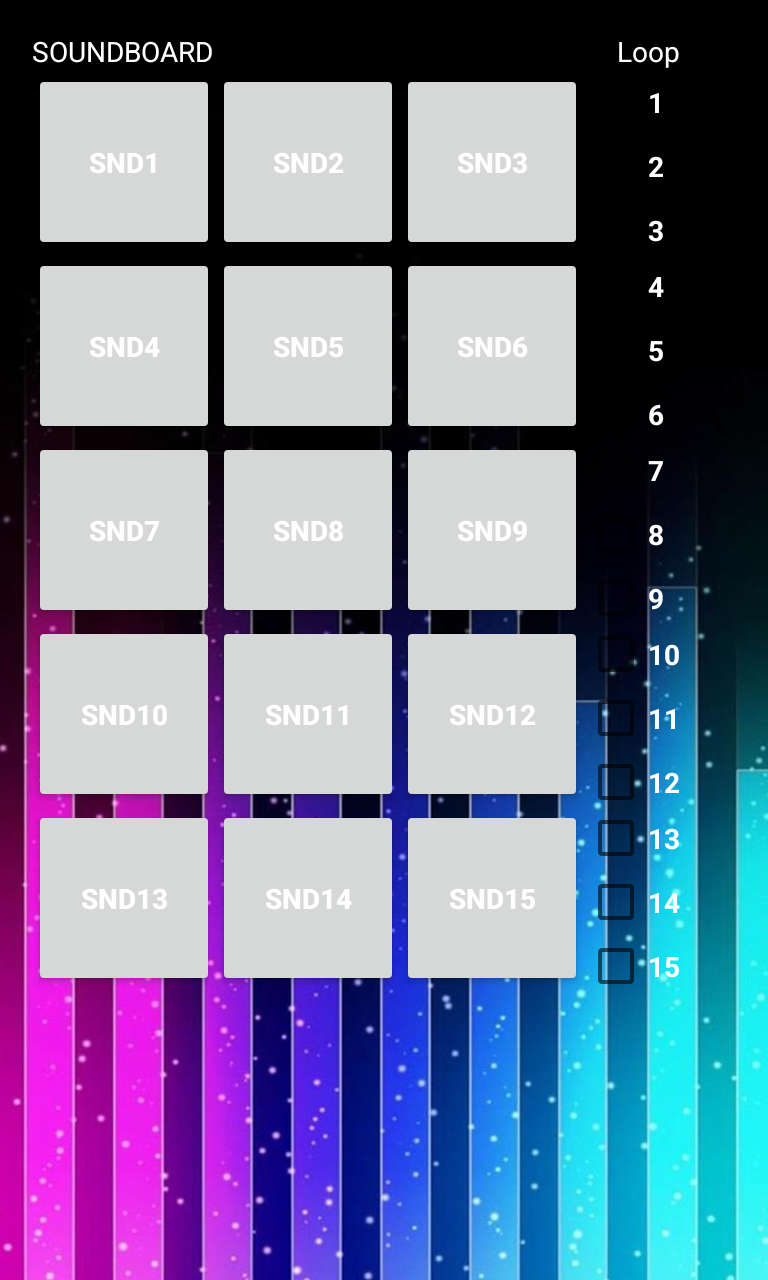
Repository: SoundBoardJAMJ/Project
Layout: workspace/SoundBoard/res/layout/defboard.xml
These files come from the project's save history. The layout is drawn as it stood at one moment and after the next save; the edit follows.
It is drawn on a 768 x 1280 px phone screen (xhdpi) without system bars, with theme AppTheme; the app's code is not run.

Above is the layout before, as saved 2014-05-02 07:08:58.

### workspace/SoundBoard/res/layout/defboard.xml
<ScrollView xmlns:android="http://schemas.android.com/apk/res/android"
xmlns:tools="http://schemas.android.com/tools"
android:layout_width="match_parent"
android:background="@drawable/image1"
android:layout_height="match_parent" >

<RelativeLayout
    android:layout_width="match_parent"
    android:layout_height="600dp"
    android:paddingBottom="@dimen/activity_vertical_margin"
    android:paddingLeft="@dimen/activity_horizontal_margin"
    android:paddingRight="@dimen/activity_horizontal_margin"
    android:paddingTop="@dimen/activity_vertical_margin"
    tools:context="com.example.soundtest.DefBoard$PlaceholderFragment" >

    <TextView
        android:id="@+id/textView1"
        android:layout_width="wrap_content"
        android:layout_height="wrap_content"
        android:textColor="@android:color/white"
        android:alpha="1.0"
        android:text="SOUNDBOARD" />

    <Button
        android:id="@+id/button1"
        android:layout_width="92dp"
        android:layout_height="92dp"
        android:layout_alignLeft="@+id/textView1"
        android:layout_below="@+id/textView1"
        android:onClick="ButtonOnClick"
        android:textColor="@android:color/white"
        android:alpha="1.0"
        android:textStyle="bold"
        android:text="snd1" />

    <Button
        android:id="@+id/button3"
        android:layout_width="92dp"
        android:layout_height="92dp"
        android:layout_alignBaseline="@+id/button2"
        android:layout_alignBottom="@+id/button2"
        android:layout_toRightOf="@+id/button2"
        android:onClick="ButtonOnClick"
        android:textColor="@android:color/white"
        android:alpha="1.0"
        android:textStyle="bold"
        android:text="snd3" />

    <Button
        android:id="@+id/button2"
        android:layout_width="92dp"
        android:layout_height="92dp"
        android:layout_alignBaseline="@+id/button1"
        android:layout_alignBottom="@+id/button1"
        android:layout_toRightOf="@+id/button1"
        android:onClick="ButtonOnClick"
        android:textColor="@android:color/white"
        android:alpha="1.0"
        android:textStyle="bold"
        android:text="snd2" />

    <Button
        android:id="@+id/button8"
        android:layout_width="92dp"
        android:layout_height="92dp"
        android:layout_alignBaseline="@+id/button7"
        android:layout_alignBottom="@+id/button7"
        android:layout_toRightOf="@+id/button4"
        android:onClick="ButtonOnClick"
        android:textColor="@android:color/white"
        android:alpha="1.0"
        android:textStyle="bold"
        android:text="snd8" />

    <Button
        android:id="@+id/button7"
        android:layout_width="92dp"
        android:layout_height="92dp"
        android:layout_below="@+id/button4"
        android:layout_toLeftOf="@+id/button8"
        android:onClick="ButtonOnClick"
        android:textColor="@android:color/white"
        android:alpha="1.0"
        android:textStyle="bold"
        android:text="snd7" />

    <Button
        android:id="@+id/button6"
        android:layout_width="92dp"
        android:layout_height="92dp"
        android:layout_alignBaseline="@+id/button5"
        android:layout_alignBottom="@+id/button5"
        android:layout_toRightOf="@+id/button5"
        android:onClick="ButtonOnClick"
        android:textColor="@android:color/white"
        android:alpha="1.0"
        android:textStyle="bold"
        android:text="snd6" />

    <Button
        android:id="@+id/button9"
        android:layout_width="92dp"
        android:layout_height="92dp"
        android:layout_alignBaseline="@+id/button8"
        android:layout_alignBottom="@+id/button8"
        android:layout_alignLeft="@+id/button6"
        android:onClick="ButtonOnClick"
        android:textColor="@android:color/white"
        android:alpha="1.0"
        android:textStyle="bold"
        android:text="snd9" />

    <Button
        android:id="@+id/button5"
        android:layout_width="92dp"
        android:layout_height="92dp"
        android:layout_below="@+id/button1"
        android:layout_toRightOf="@+id/button1"
        android:onClick="ButtonOnClick"
        android:textColor="@android:color/white"
        android:alpha="1.0"
        android:textStyle="bold"
        android:text="snd5" />

    <Button
        android:id="@+id/button10"
        android:layout_width="92dp"
        android:layout_height="92dp"
        android:layout_alignParentLeft="true"
        android:layout_below="@+id/button7"
        android:onClick="ButtonOnClick"
        android:textColor="@android:color/white"
        android:alpha="1.0"
        android:textStyle="bold"
        android:text="snd10" />

    <Button
        android:id="@+id/button11"
        android:layout_width="92dp"
        android:layout_height="92dp"
        android:layout_alignBaseline="@+id/button10"
        android:layout_alignBottom="@+id/button10"
        android:layout_toRightOf="@+id/button10"
        android:onClick="ButtonOnClick"
        android:textColor="@android:color/white"
        android:alpha="1.0"
        android:textStyle="bold"
        android:text="snd11" />

    <Button
        android:id="@+id/button13"
        android:layout_width="92dp"
        android:layout_height="92dp"
        android:layout_alignParentLeft="true"
        android:layout_below="@+id/button10"
        android:onClick="ButtonOnClick"
        android:textColor="@android:color/white"
        android:alpha="1.0"
        android:textStyle="bold"
        android:text="snd13" />

    <Button
        android:id="@+id/button14"
        android:layout_width="92dp"
        android:layout_height="92dp"
        android:layout_below="@+id/button10"
        android:layout_toLeftOf="@+id/button12"
        android:alpha="1.0"
        android:onClick="ButtonOnClick"
        android:text="snd14"
        android:textColor="@android:color/white"
        android:textStyle="bold" />

    <Button
        android:id="@+id/button15"
        android:layout_width="92dp"
        android:layout_height="92dp"
        android:layout_below="@+id/button11"
        android:layout_toRightOf="@+id/button14"
        android:alpha="1.0"
        android:onClick="ButtonOnClick"
        android:text="snd15"
        android:textColor="@android:color/white"
        android:textStyle="bold" />

    <Button
        android:id="@+id/button12"
        android:layout_width="92dp"
        android:layout_height="92dp"
        android:layout_below="@+id/button8"
        android:layout_toRightOf="@+id/button11"
        android:onClick="ButtonOnClick"
        android:textColor="@android:color/white"
        android:alpha="1.0"
        android:textStyle="bold"
        android:text="snd12" />

    <Button
        android:id="@+id/button4"
        android:layout_width="92dp"
        android:layout_height="92dp"
        android:layout_alignBaseline="@+id/button5"
        android:layout_alignBottom="@+id/button5"
        android:layout_toLeftOf="@+id/button5"
        android:onClick="ButtonOnClick"
        android:textColor="@android:color/white"
        android:alpha="1.0"
        android:textStyle="bold"
        android:text="snd4" />

    <CheckBox
        android:id="@+id/checkBox1"
        android:layout_width="wrap_content"
        android:layout_height="wrap_content"
        android:layout_alignTop="@+id/button3"
        android:layout_toRightOf="@+id/button3"
        android:alpha="1.0"
        android:onClick="TogOnClick"
        android:text="1"
        android:textColor="@android:color/white"
        android:background="white"
        android:textStyle="bold" />

    <CheckBox
        android:id="@+id/checkBox2"
        android:layout_width="wrap_content"
        android:layout_height="wrap_content"
        android:layout_below="@+id/checkBox1"
        android:layout_toRightOf="@+id/button3"
        android:onClick="TogOnClick"
        android:textColor="@android:color/white"
        android:alpha="1.0"
        android:textStyle="bold"
        android:text="2" />

    <CheckBox
        android:id="@+id/checkBox3"
        android:layout_width="wrap_content"
        android:layout_height="wrap_content"
        android:layout_alignLeft="@+id/checkBox2"
        android:layout_below="@+id/checkBox2"
        android:onClick="TogOnClick"
        android:textColor="@android:color/white"
        android:alpha="1.0"
        android:textStyle="bold"
        android:text="3" />

    <CheckBox
        android:id="@+id/checkBox4"
        android:layout_width="wrap_content"
        android:layout_height="wrap_content"
        android:layout_alignTop="@+id/button6"
        android:layout_toRightOf="@+id/button6"
        android:onClick="TogOnClick"
        android:textColor="@android:color/white"
        android:alpha="1.0"
        android:textStyle="bold"
        android:text="4" />

    <CheckBox
        android:id="@+id/checkBox5"
        android:layout_width="wrap_content"
        android:layout_height="wrap_content"
        android:layout_below="@+id/checkBox4"
        android:layout_toRightOf="@+id/button6"
        android:onClick="TogOnClick"
        android:textColor="@android:color/white"
        android:alpha="1.0"
        android:textStyle="bold"
        android:text="5" />

    <CheckBox
        android:id="@+id/checkBox6"
        android:layout_width="wrap_content"
        android:layout_height="wrap_content"
        android:layout_below="@+id/checkBox5"
        android:layout_toRightOf="@+id/button6"
        android:onClick="TogOnClick"
        android:textColor="@android:color/white"
        android:alpha="1.0"
        android:textStyle="bold"
        android:text="6" />

    <CheckBox
        android:id="@+id/checkBox7"
        android:layout_width="wrap_content"
        android:layout_height="wrap_content"
        android:layout_alignTop="@+id/button9"
        android:layout_toRightOf="@+id/button9"
        android:onClick="TogOnClick"
        android:textColor="@android:color/white"
        android:alpha="1.0"
        android:textStyle="bold"
        android:text="7" />

    <CheckBox
        android:id="@+id/checkBox8"
        android:layout_width="wrap_content"
        android:layout_height="wrap_content"
        android:layout_below="@+id/checkBox7"
        android:layout_toRightOf="@+id/button9"
        android:onClick="TogOnClick"
        android:textColor="@android:color/white"
        android:alpha="1.0"
        android:textStyle="bold"
        android:text="8" />

    <CheckBox
        android:id="@+id/checkBox9"
        android:layout_width="wrap_content"
        android:layout_height="wrap_content"
        android:layout_below="@+id/checkBox8"
        android:layout_toRightOf="@+id/button9"
        android:onClick="TogOnClick"
        android:textColor="@android:color/white"
        android:alpha="1.0"
        android:textStyle="bold"
        android:text="9" />

    <CheckBox
        android:id="@+id/checkBox10"
        android:layout_width="wrap_content"
        android:layout_height="wrap_content"
        android:layout_alignTop="@+id/button12"
        android:layout_toRightOf="@+id/button12"
        android:onClick="TogOnClick"
        android:textColor="@android:color/white"
        android:alpha="1.0"
        android:textStyle="bold"
        android:text="10" />

    <CheckBox
        android:id="@+id/checkBox11"
        android:layout_width="wrap_content"
        android:layout_height="wrap_content"
        android:layout_below="@+id/checkBox10"
        android:layout_toRightOf="@+id/button12"
        android:onClick="TogOnClick"
        android:textColor="@android:color/white"
        android:alpha="1.0"
        android:textStyle="bold"
        android:text="11" />

    <CheckBox
        android:id="@+id/checkBox12"
        android:layout_width="wrap_content"
        android:layout_height="wrap_content"
        android:layout_alignLeft="@+id/checkBox11"
        android:layout_below="@+id/checkBox11"
        android:onClick="TogOnClick"
        android:textColor="@android:color/white"
        android:alpha="1.0"
        android:textStyle="bold"
        android:text="12" />

    <CheckBox
        android:id="@+id/checkBox13"
        android:layout_width="wrap_content"
        android:layout_height="wrap_content"
        android:layout_alignTop="@+id/button15"
        android:layout_toRightOf="@+id/button15"
        android:onClick="TogOnClick"
        android:textColor="@android:color/white"
        android:alpha="1.0"
        android:textStyle="bold"
        android:text="13" />

    <CheckBox
        android:id="@+id/checkBox14"
        android:layout_width="wrap_content"
        android:layout_height="wrap_content"
        android:layout_below="@+id/checkBox13"
        android:layout_toRightOf="@+id/button15"
        android:onClick="TogOnClick"
        android:textColor="@android:color/white"
        android:alpha="1.0"
        android:textStyle="bold"
        android:text="14" />

    <CheckBox
        android:id="@+id/checkBox15"
        android:layout_width="wrap_content"
        android:layout_height="wrap_content"
        android:layout_below="@+id/checkBox14"
        android:layout_toRightOf="@+id/button15"
        android:onClick="TogOnClick"
        android:textColor="@android:color/white"
        android:alpha="1.0"
        android:textStyle="bold"
        android:text="15" />

    <TextView
        android:id="@+id/textView2"
        android:layout_width="wrap_content"
        android:layout_height="wrap_content"
        android:layout_alignBottom="@+id/textView1"
        android:layout_alignRight="@+id/checkBox10"
        android:textColor="@android:color/white"
        android:alpha="1.0"
        android:text="Loop" />

</RelativeLayout>
</ScrollView>

Loaded but not shown: workspace/SoundBoard/res/values/styles.xml (common file); workspace/SoundBoard/res/values-v11/styles.xml (common file); workspace/SoundBoard/res/values-v14/styles.xml (common file); workspace/SoundBoard/res/values/dimens.xml (common file); workspace/SoundBoard/res/values-w820dp/dimens.xml (common file)

After the next save:
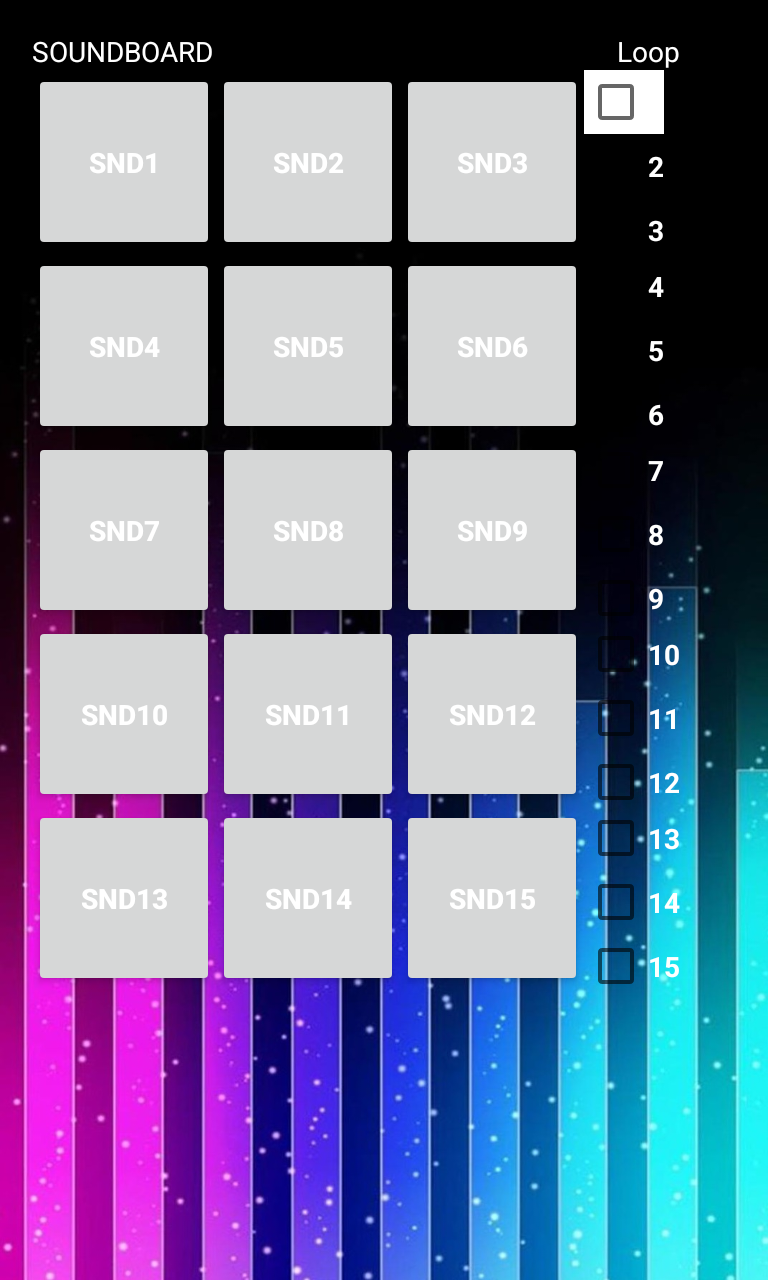
Saved 34 s later.
--- a/workspace/SoundBoard/res/layout/defboard.xml
+++ b/workspace/SoundBoard/res/layout/defboard.xml
@@ -218,7 +218,7 @@ android:layout_height="match_parent" >
         android:onClick="TogOnClick"
         android:text="1"
         android:textColor="@android:color/white"
-        android:background="white"
+        android:background="@android:color/white"
         android:textStyle="bold" />
 
     <CheckBox
